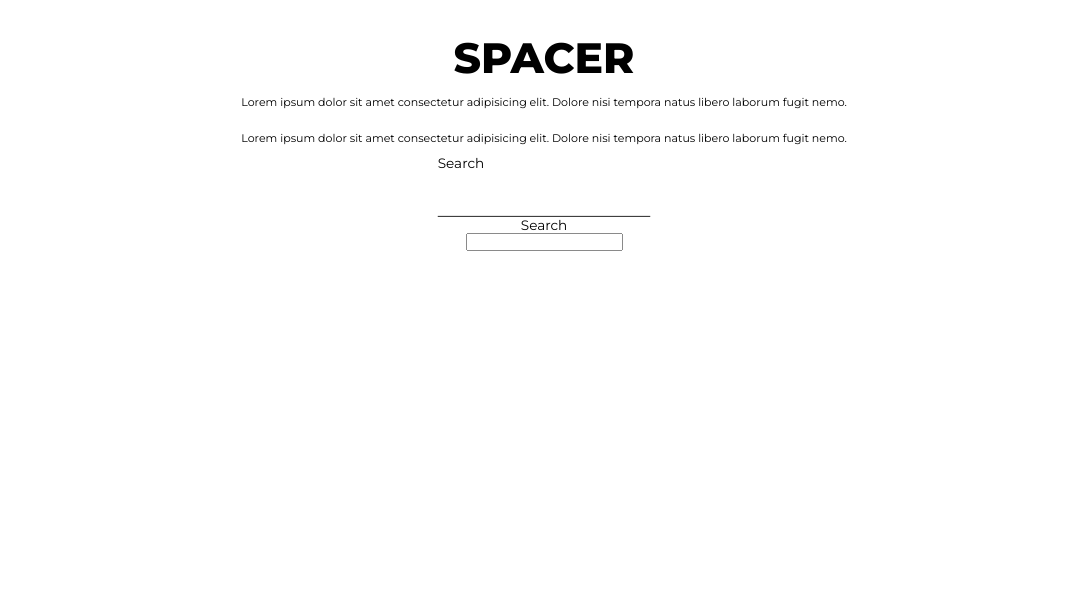
Repository: Trelefele/spacer-roman
Page: /
These files come from the project's save history. The page is drawn as it stood at one moment and after the next save; the edit follows.
The browser window is 1280 px wide. The pictures show the whole page, at 85% of full size.
The project was rebuilt for these pictures with package versions that can differ from the ones it lists, and the page was loaded fresh each time.

Above is the page before, as saved 2019-02-03 18:37:43.

### public/index.html
<!DOCTYPE html>
<html lang="en">
  <head>
    <meta charset="utf-8">
    <meta http-equiv="X-UA-Compatible" content="IE=edge">
    <meta name="viewport" content="width=device-width,initial-scale=1.0">
    <link rel="icon" href="<%= BASE_URL %>favicon.ico">
    <!-- <script src="https://unpkg.com/axios/dist/axios.min.js"></script> -->
    <title>spacer-roman</title>
  </head>
  <body>
    <noscript>
      <strong>We're sorry but spacer-roman doesn't work properly without JavaScript enabled. Please enable it to continue.</strong>
    </noscript>
    <div id="app"></div>
    <!-- built files will be auto injected -->
  </body>
</html>

### src/App.vue
<template>
  <div class="app">
    <router-view/>
  </div>
</template>

<style lang="scss" scoped >
@import url('https://fonts.googleapis.com/css?family=Montserrat:300,400,600,800');

* {
  box-sizing: border-box;
  font-family: 'Montserrat', sans-serif;
}

</style>

### src/router.js
import Vue from 'vue';
import Router from 'vue-router';
// import Claim from './components/Claim.vue';
import Search from './views/Search.vue';
// import SearchInput from './components/SearchInput.vue';


Vue.use(Router);

export default new Router({
//   mode: 'history',
//   base: process.env.BASE_URL,
  routes: [
    {
      path: '/',
      name: 'Search',
      component: Search,
    },
  ],
});

### src/views/Search.vue
<template>
  <div class="searchWrapper">
    <Claim/>
    <SearchInput/>
  <div class="search"></div>
    <label for="search">Search</label>
    <input
      id="search"
      name="search"
      v-model="searchValue"
      @input="handleInput"
      />

  </div>
</template>

<script>
import axios from 'axios';
import debounce from 'lodash.debounce';
import Claim from '@/components/Claim.vue';
import SearchInput from '@/components/SearchInput.vue';

const API = 'https://images-api.nasa.gov/search';

export default {
  name: 'Search',
  components: {
    Claim,
    SearchInput,
  },
  data() {
    return {
      searchValue: '',
      results: [],
    };
  },
  methods: {
    // eslint-disable-next-line
    handleInput: debounce(function(){
      axios.get(`${API}?q=${this.searchValue}&media_type=image`)
        .then((response) => {
          // this.results = response.data.collection.items;
          this.results = response.data.collection.items;
        })
        .catch((error) => {
          console.log(error);
        });
    }, 500),
  },
};
</script>

<style lang="scss" scoped>
    .searchWrapper {
        display: flex;
        flex-direction: column;
        align-items: center;
        margin: 0;
        padding: 30px;
        width: 100%
    }
</style>

### src/components/Claim.vue
<template>
    <div class="claimWrapper">
        <h1 class="claim">SPACER</h1>
        <p class="subclaim">
            Lorem ipsum dolor sit amet consectetur adipisicing elit.
            Dolore nisi tempora natus libero laborum fugit nemo.
        </p>
        <p class="subclaim">
            Lorem ipsum dolor sit amet consectetur adipisicing elit.
            Dolore nisi tempora natus libero laborum fugit nemo.
        </p>
    </div>
</template>

<script>

export default {
  name: 'Claim',
};

</script>

<style lang="scss" scoped>

* {
  box-sizing: border-box;
  -webkit-font-smoothing: antialiased;
  -moz-osx-font-smoothing: grayscale;
}


.claimWrapper{
    display: flex;
    flex-direction: column;
    justify-content: center;
    align-items: center;
}

.claim{
    font-size: 50px;
    margin: 0;
}

.subclaim{
    padding-top:  0 0 0;
    font-size: 13px;
}
</style>

### src/components/SearchInput.vue
<template>
    <div class="searchInputWrapper">
        <label for="search">Search</label>
        <input
            id="search"
            name="search"
            v-model="searchValue"
            @input="handleInput"
        />
    </div>
</template>

<script>
export default {
    name: 'SearchInput',
};
</script>

<style lang="scss" scoped>
    .searchInputWrapper {
        display: flex;
        flex-direction: column;
        width: 250px;
    }
    input {
      height: 50px;
      border: 0;
      border-bottom: 1px solid black;
    }
</style>

Loaded but not shown: src/main.js (common file)

After the next save:
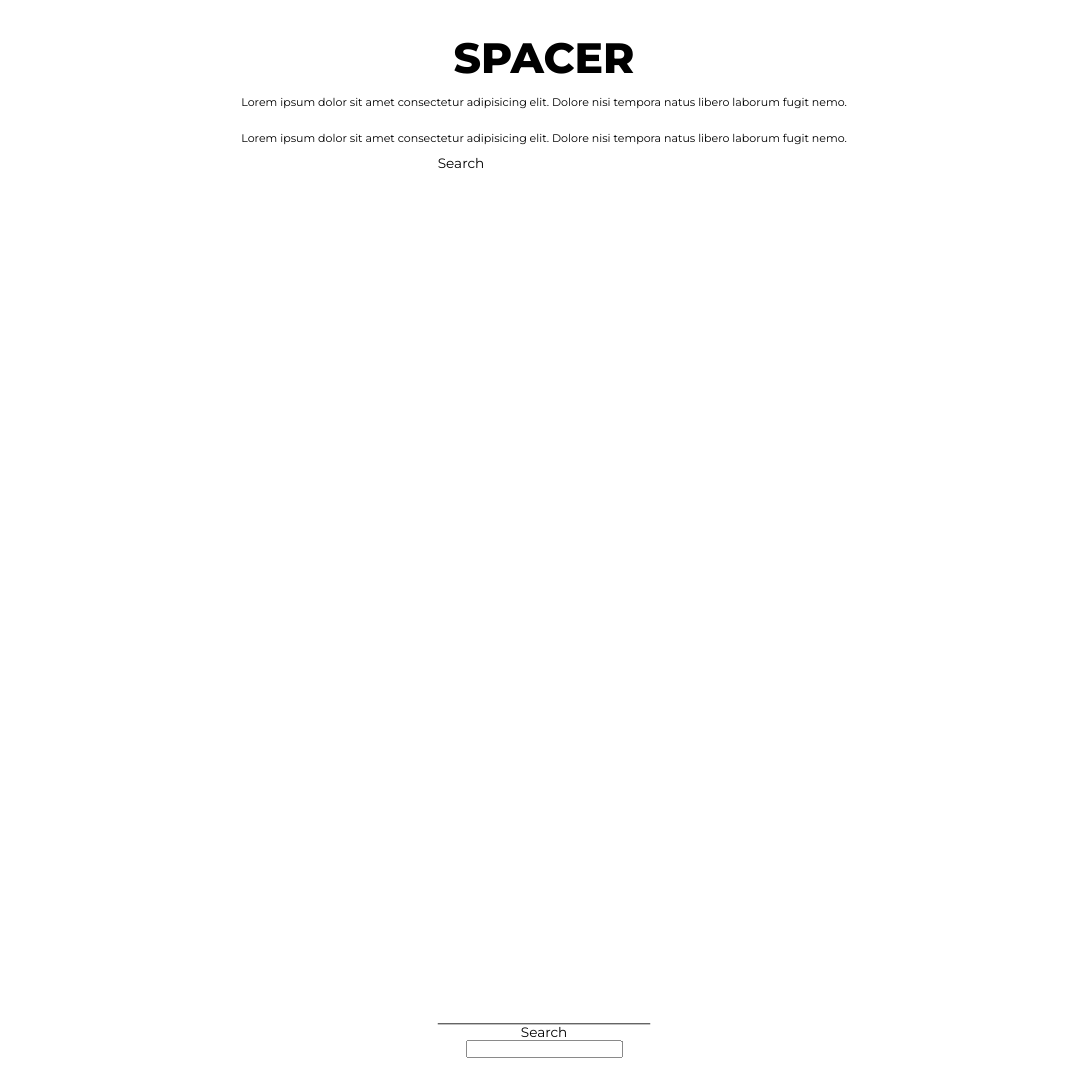
Saved 5 s later.
--- a/src/components/SearchInput.vue
+++ b/src/components/SearchInput.vue
@@ -23,7 +23,7 @@ export default {
         width: 250px;
     }
     input {
-      height: 50px;
+      height: 1000px;
       border: 0;
       border-bottom: 1px solid black;
     }
